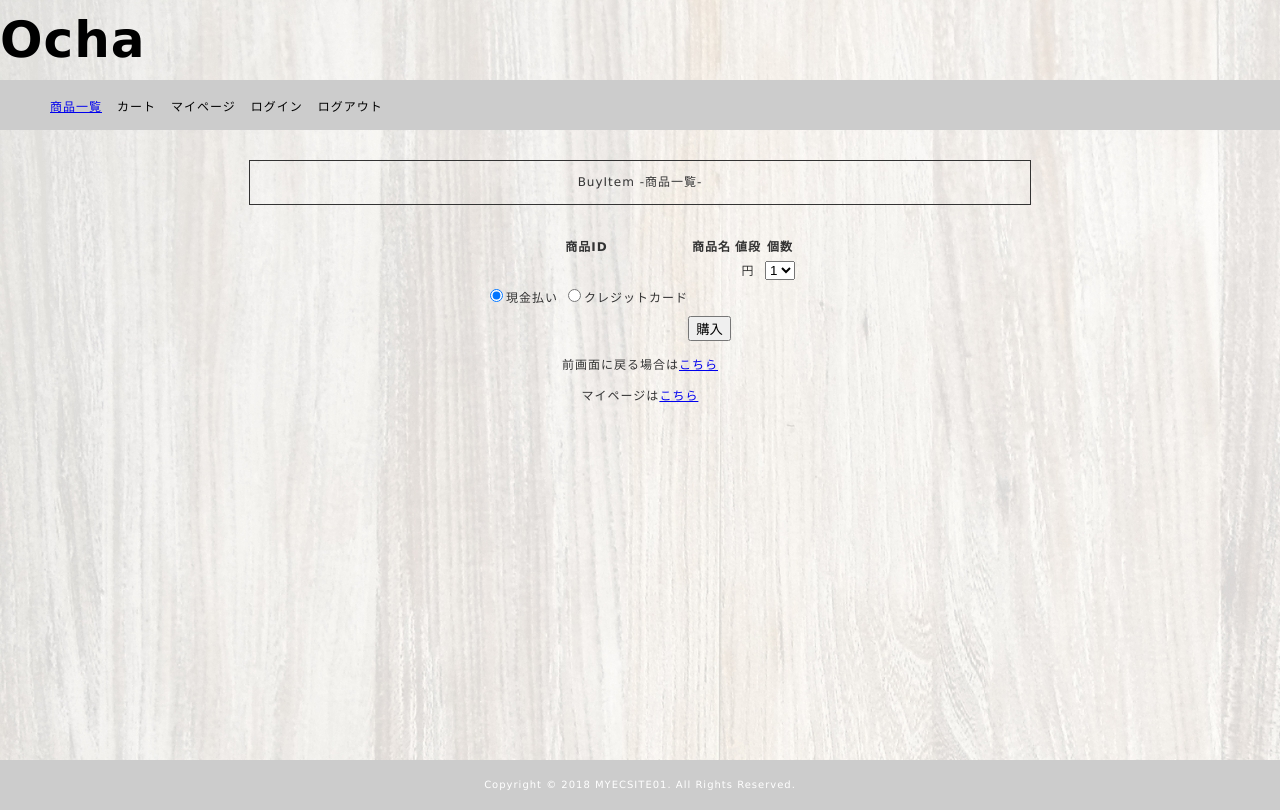
Repository: hiranatsu/MyECsite
Page: http://localhost/myecsite01/buyItem.jsp
An editor plug-in stored every save of this project. The page is shown before and after the next save, followed by the edit.
The browser window is 1280 px wide. The pictures show the whole page.
The page is served by Tomcat 9. The template is opened directly, without the code that normally fills it, so the values that code supplies are empty.

Above is the page before, as saved 2018-09-27 05:06:46.

After the next save:
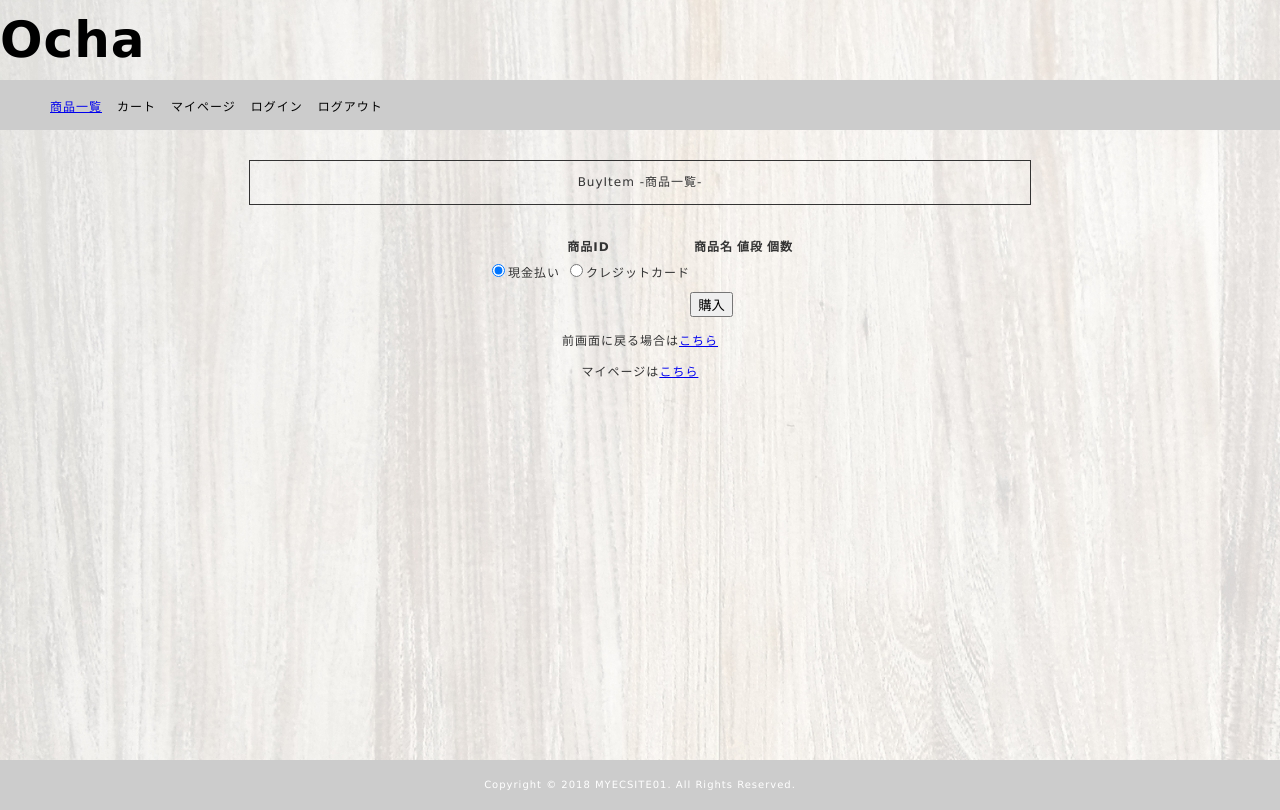
Saved 10 s later.
--- a/myecsite01/WebContent/buyItem.jsp
+++ b/myecsite01/WebContent/buyItem.jsp
@@ -110,7 +110,6 @@
 				</tr>
 
 				<s:iterator value="" >
-				</s:iterator>
 				<tr>
 					<td><s:property value="session.id"/></td>
 					<td><s:property value="session.buyItem_name"/></td>
@@ -125,6 +124,8 @@
 						</select>
 					</td>
 				</tr>
+				</s:iterator>
+
 				<tr>
 					<td>
 						<input type="radio" name="pay" value="1" checked="checked">現金払い
